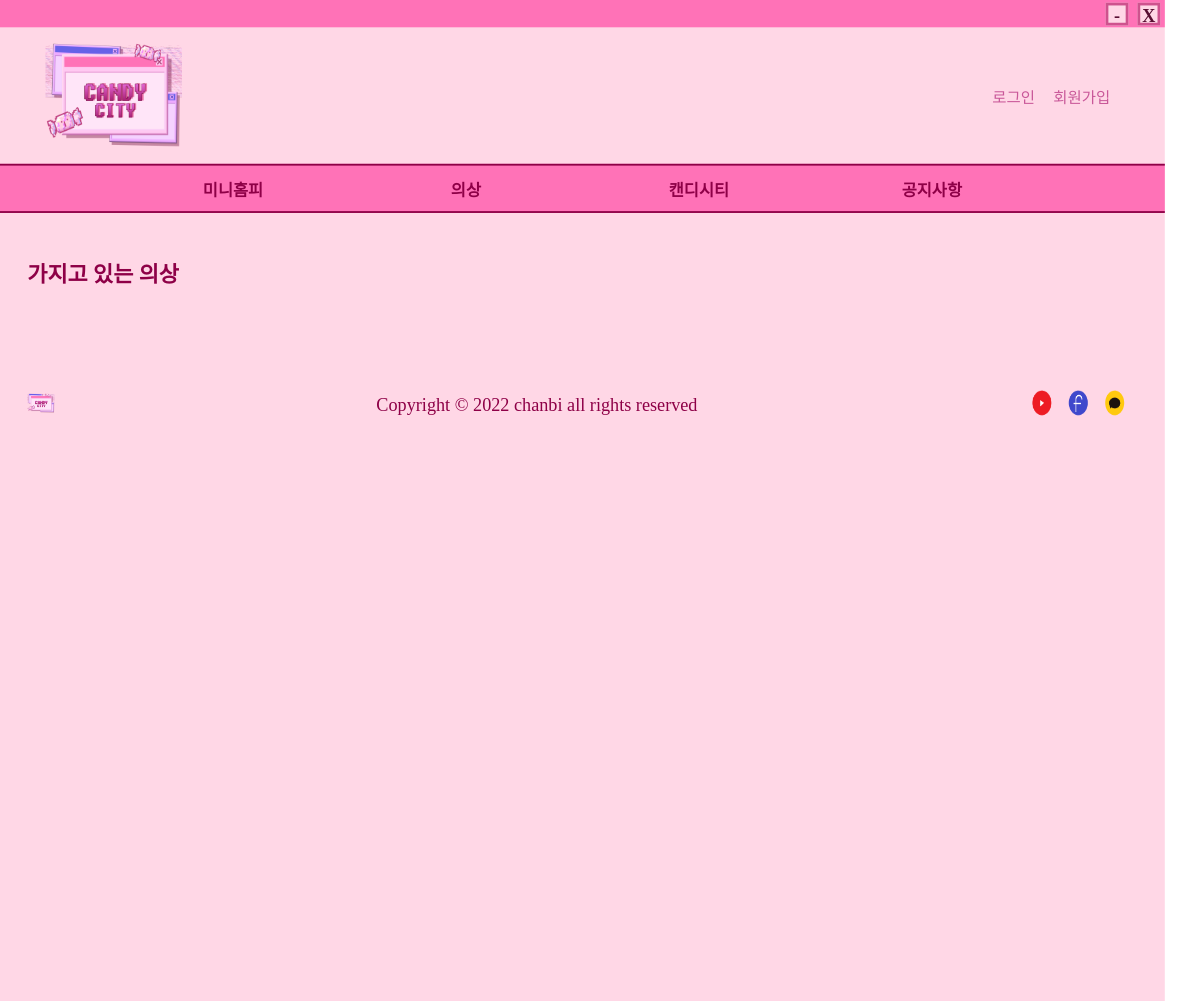
Repository: chanbiM/candyCityProject
Page: http://localhost/CandyCityProj/getcCostumeList
The author's editor kept a copy of each file at every save. The page is drawn from the files as they stood at one save, then again after the next save.
The browser window is 1280 px wide. The page is 1310 px wide, so the pictures cover 1310 px, including what lies to the right of the window. The pictures show the whole page, at 91% of full size.
Some web fonts or font styles are not loaded; a fallback is used. The page is served by Tomcat 9. Queries for data that is not in the repository find no rows.

Above is the page before, as saved 2022-11-19 14:43:14.

After the next save:
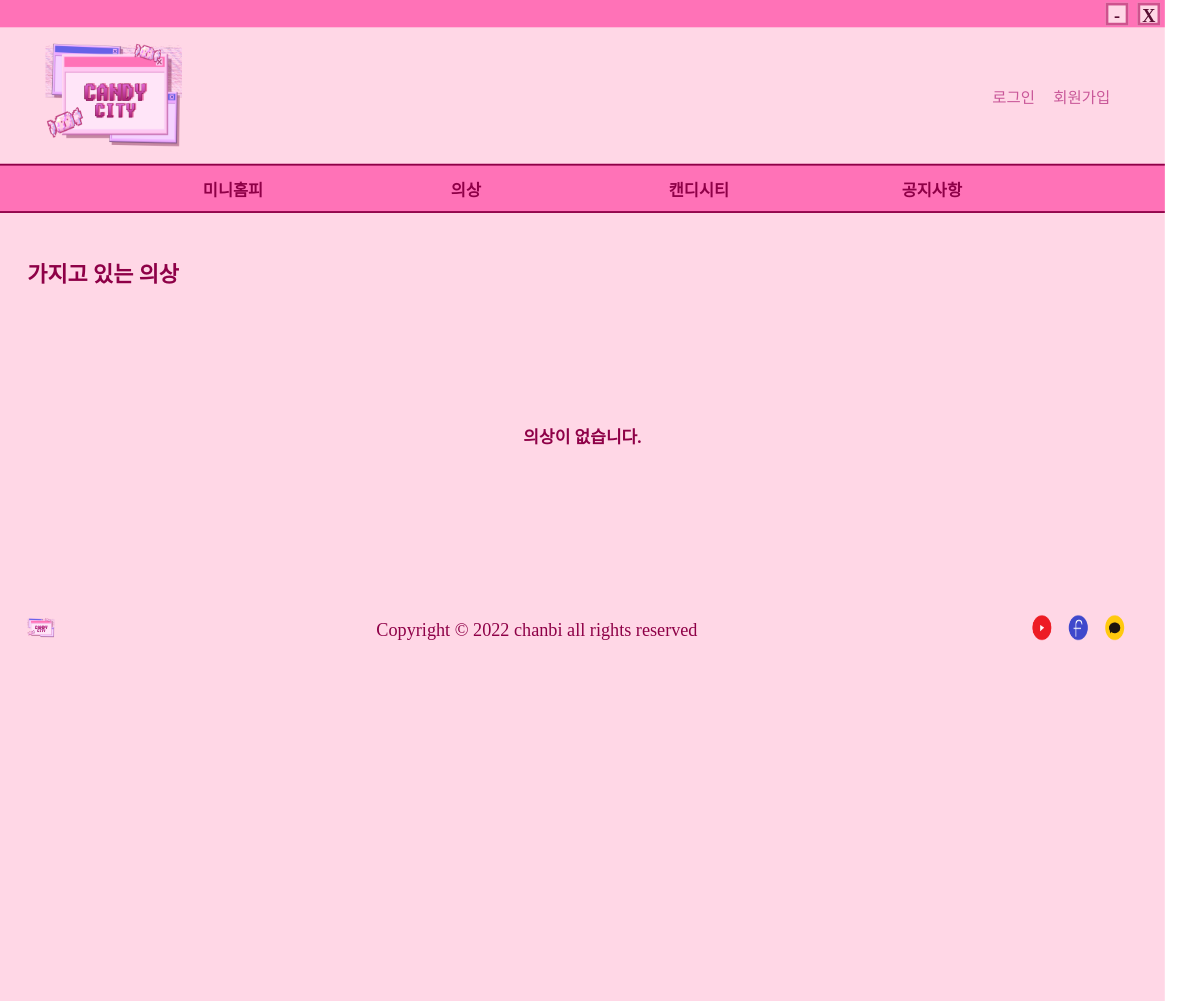
Saved 28 s later.
--- a/CandyCityProj/WebContent/member/character/myCostumeList.jsp
+++ b/CandyCityProj/WebContent/member/character/myCostumeList.jsp
@@ -14,7 +14,9 @@
 	<h2>가지고 있는 의상</h2> <br>
 <%
 	if(costumeList.isEmpty()){
-
+%>
+		<h3>의상이 없습니다.</h3>
+<%
 	} else {
 %>
 
